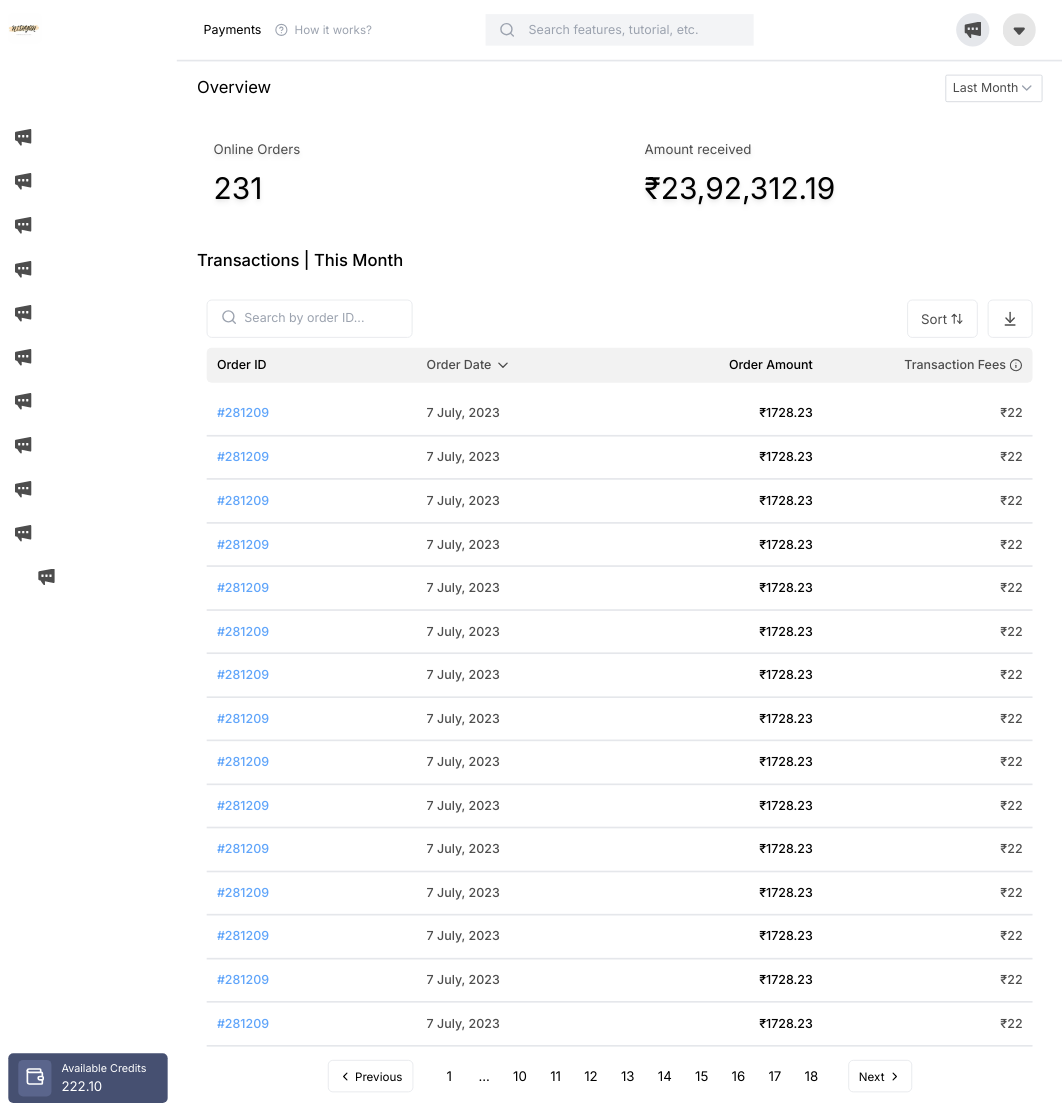
Repository: SubhamBnk/dukaan-task
Page: /
The author's editor kept a copy of each file at every save. The page is drawn from the files as they stood at one save, then again after the next save.
The browser window is 1280 px wide. The pictures show the whole page, at 83% of full size.
The project was rebuilt for these pictures with package versions that can differ from the ones it lists, and the page was loaded fresh each time. The framework's server and built-in components were replaced by stand-ins that run in the browser. Also part of the build but not shown: next.config.js.

Above is the page before, as saved 2024-01-09 20:34:51.

After the next save:
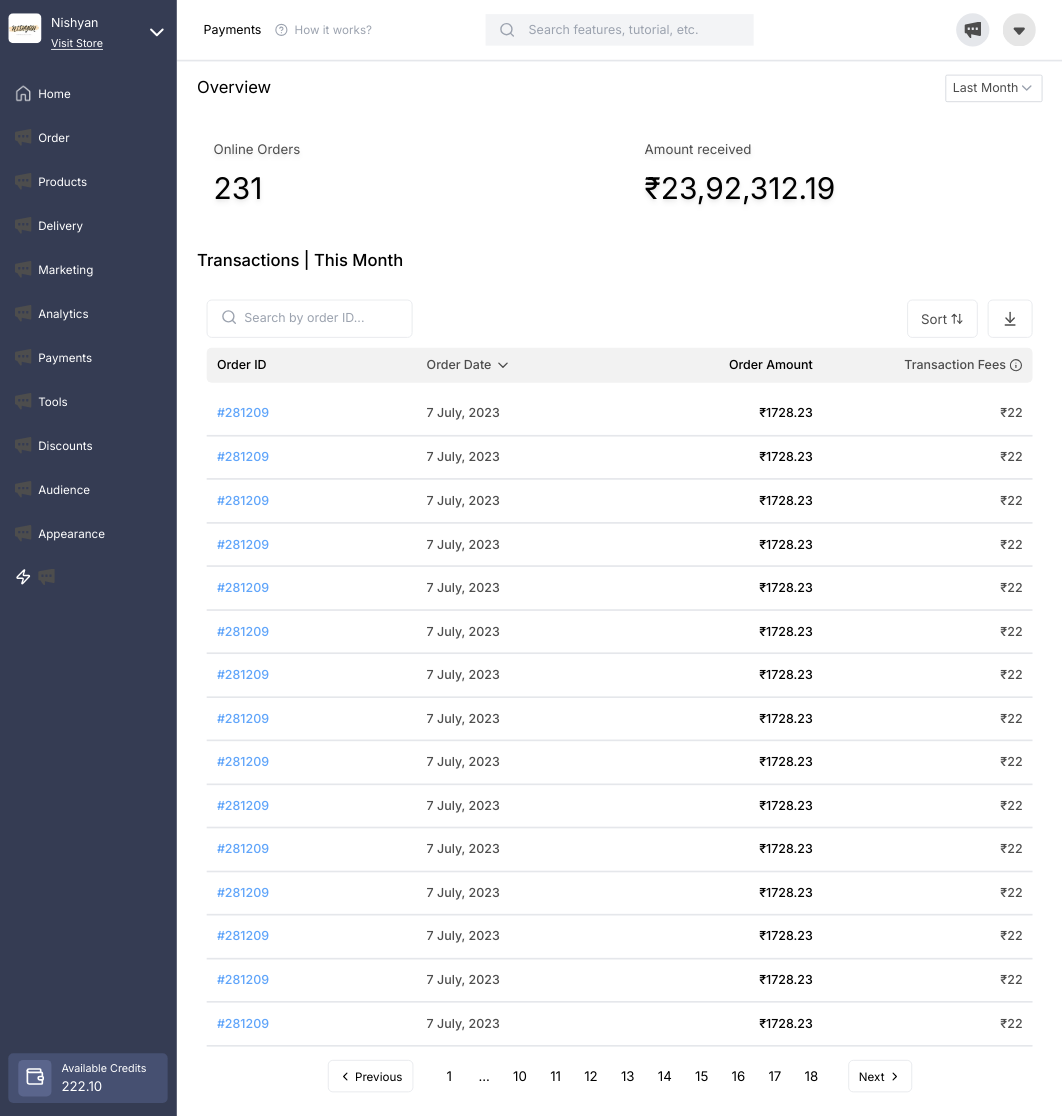
Saved 25 s later.
--- a/src/app/page.tsx
+++ b/src/app/page.tsx
@@ -11,7 +11,7 @@ export default function Home() {
 
   return (
     <div className='grid grid-cols-6 bg-white '>
-      <div className='bg-white-10 h-100 px-2.5 py-4 text-white relative'>
+      <div className='bg-[#353C53] h-100 px-2.5 py-4 text-white relative'>
           {/* Logo and Name */}
           <div className='flex gap-3'>
             <div>
